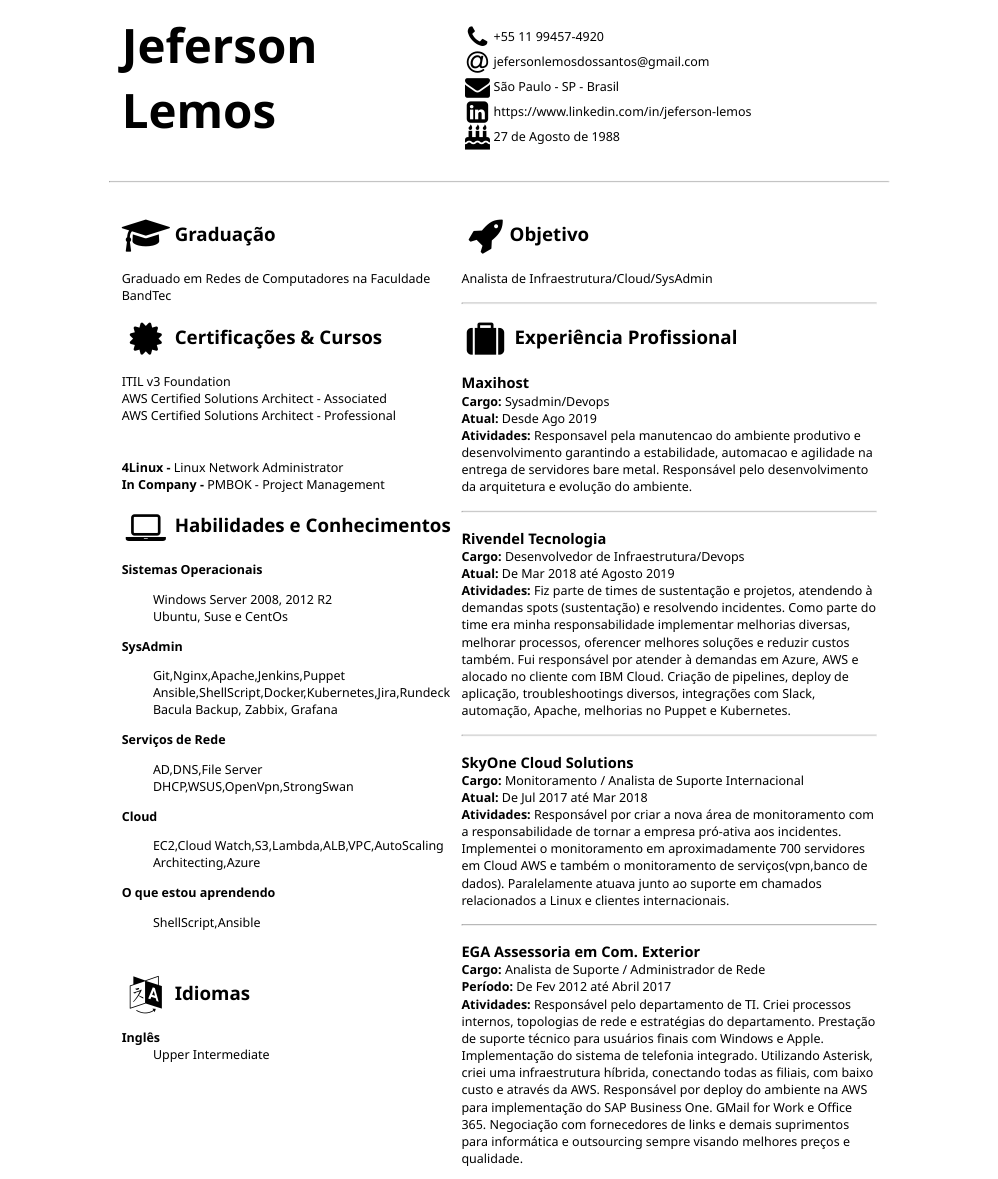
Repository: jefersonlemos/Resume-pt
Page: index.html
An editor plug-in stored every save of this project. The page is shown before and after the next save, followed by the edit.
The browser window is 1280 px wide. The pictures show the whole page, at 78% of full size.

Above is the page before, as saved 2020-06-15 11:18:54.

### index.html
<!DOCTYPE html>

<html lang="en">
<head>
    <meta charset="utf-8" />
    <title>Jeferson Lemos PT</title>
    <link rel="stylesheet" href="./css/normalize.css" type="text/css" />
    <link rel="stylesheet" href="./css/app.css" type="text/css" />
    <link rel="stylesheet" href="./css/font-awesome.min.css" type="text/css" />
</head>
<body>
    <div class="content">
        <header>
            <section>
                <h1>Jeferson <br />Lemos</h1>
            </section>
            <section>
                <ul>
                    <li>
                        <i class="fa fa-fw fa-2x fa-phone"></i>+55 11 99457-4920
                    </li>
                    <li>
                        <i class="fa fa-fw fa-2x fa-at"></i>jefersonlemosdossantos@gmail.com
                    </li>
                    <li>
                        <i class="fa fa-fw fa-2x fa-envelope"></i>São Paulo - SP - Brasil
                    </li>
                    <li>
                        <i class="fa fa-fw fa-2x fa-linkedin-square"></i>https://www.linkedin.com/in/jeferson-lemos
                    </li>
                    <li>
                        <i class="fa fa-fw fa-2x fa-birthday-cake"></i>27 de Agosto de 1988
                    </li>
                </ul>
            </section>
        </header>
        <hr />
        <main>
            <section>
                <article>
                    <h2><i class="fa fa-fw fa-2x fa-graduation-cap"></i> Graduação</h2>
                        Graduado em Redes de Computadores na Faculdade BandTec

                </article>
                <article>
                    <h2><i class="fa fa-fw fa-2x fa-certificate"></i> Certificações & Cursos</h2>

                        ITIL v3 Foundation </br>
                        AWS Certified Solutions Architect - Associated </br>
                        AWS Certified Solutions Architect - Professional</br>
						</br></br>

					<b>4Linux - </b>Linux Network Administrator</br>
					<b>In Company - </b> PMBOK - Project Management </br>

                </article>
				 <article>
                    <h2><i class="fa fa-fw fa-2x fa-laptop"></i> Habilidades e Conhecimentos</h2>
                    <dl>
                        <dt>Sistemas Operacionais</dt>
                        <dd>
                            <ul>
                                <li>Windows Server 2008, 2012 R2</li>
                                <li>Ubuntu, Suse e CentOs</li>
                            </ul>
                        </dd>
                        <dt>SysAdmin</dt>
                        <dd>
                            <ul>
                                <li>Git,Nginx,Apache,Jenkins,Puppet</li>
                                <li>Ansible,ShellScript,Docker,Kubernetes,Jira,Rundeck </li>
                                <li>Bacula Backup, Zabbix, Grafana</li>

                            </ul>
                        </dd>
                        <dt>Serviços de Rede</dt>
                        <dd>
                            <ul>
                                <li>AD,DNS,File Server DHCP,WSUS,OpenVpn,StrongSwan</li>
                            </ul>
                        </dd>
                        <dt>Cloud</dt>
                        <dd>
                            <ul>
                                <li>EC2,Cloud Watch,S3,Lambda,ALB,VPC,AutoScaling</li>
                                <li>Architecting,Azure </li>
                            </ul>
                        </dd>
                        <dt>O que estou aprendendo</dt>
                        <dd>
                            <ul>
                                <li>ShellScript,Ansible</li>
                            </ul>
                        </dd>
                    </dl>
                </article>
                <br />
                <article>
                    <h2><i class="fa fa-fw fa-2x fa-language"></i> Idiomas</h2>
                    <dl>
                        <dt>Inglês</dt>
                        <dd>Upper Intermediate</dd>
                    </dl>
                </article>
            </section>
            <section>
                <article>
					<h2><i class="fa fa-fw fa-2x fa-rocket"></i>Objetivo </h2>
                    Analista de Infraestrutura/Cloud/SysAdmin
                    <hr />
                    <h2><i class="fa fa-fw fa-2x fa-suitcase"></i> Experiência Profissional</h2>
                    <h3>Maxihost</h3>
                    <strong>Cargo:</strong> Sysadmin/Devops <br />
                    <strong>Atual:</strong> Desde Ago 2019<br />
                    <strong>Atividades:</strong> Responsavel pela manutencao do ambiente produtivo e desenvolvimento garantindo a estabilidade, automacao e agilidade na entrega de servidores bare metal. Responsável pelo desenvolvimento da arquitetura e evolução do ambiente.
                    <hr />
                    <h3>Rivendel Tecnologia</h3>
                    <strong>Cargo:</strong> Desenvolvedor de Infraestrutura/Devops <br />
                    <strong>Atual:</strong> De Mar 2018 até Agosto 2019<br />
                    <strong>Atividades:</strong> Fiz parte de times de sustentação e projetos, atendendo à demandas spots (sustentação) e resolvendo incidentes. Como parte do time era minha responsabilidade implementar melhorias diversas, melhorar processos, oferencer melhores soluções e reduzir custos também.
                    Fui responsável por atender à demandas em Azure, AWS e alocado no cliente com IBM Cloud. Criação de pipelines, deploy de aplicação, troubleshootings diversos, integrações com Slack, automação, Apache, melhorias no Puppet e Kubernetes.
                    <hr />
		            <h3>SkyOne Cloud Solutions</h3>
                    <strong>Cargo:</strong> Monitoramento / Analista de Suporte Internacional <br />
                    <strong>Atual:</strong> De Jul 2017 até Mar 2018<br />
                    <strong>Atividades:</strong> Responsável por criar a nova área de monitoramento com a responsabilidade de tornar a empresa pró-ativa aos incidentes. Implementei o monitoramento em aproximadamente 700 servidores em Cloud AWS e também o monitoramento de serviços(vpn,banco de dados).
			        Paralelamente atuava junto ao suporte em chamados relacionados a Linux e clientes internacionais.
                    <hr />
                    <h3>EGA Assessoria em Com. Exterior</h3>
                    <strong>Cargo:</strong> Analista de Suporte / Administrador de Rede  <br />
                    <strong>Período:</strong> De Fev 2012 até Abril 2017<br />
                    <strong>Atividades:</strong> Responsável pelo departamento de TI. Criei processos internos, topologias de rede e estratégias do departamento. Prestação de suporte técnico para usuários finais com Windows e Apple. Implementação do sistema de telefonia integrado. Utilizando Asterisk, criei uma infraestrutura híbrida, conectando todas as filiais, com baixo custo e através da AWS. Responsável por deploy do ambiente na AWS para implementação do SAP Business One. GMail for Work e Office 365. Negociação com fornecedores de links e demais suprimentos para informática e outsourcing sempre visando melhores preços e qualidade.
                    <!-- <hr />
                    <h3>Kosmos Tecnologia</h3>
                    <strong>Cargo:</strong> Empreendedor<br />
                    <strong>Período:</strong> De Nov 2009 até Fev 2012<br />
                    <strong>Atividades:</strong> Eu fui um empreendedor e fui responsável por prover suporte técnico (hardware e software) para os clientes. Fui também responsável por procurar novos clientes.
                    Prestei consultoria para pequenas empresas montando novos escritórios, criando websites, politicas de rede, backups e melhorias na rede.
                    Migrei um grande site chamado famosidades.com.br de um pequeno hosting para um hosting maior e mais seguro, migrei de Windows para Linux.
                    <hr /> -->
                   <!-- <h3>Stefanini IT Solutions</h3>
                    <strong>Cargo:</strong> Analista de Suporte I & II<br />
                    <strong>Periodo:</strong> De Nov 2008 até Nov 2009<br />
                    <strong>Atividades :</strong> Meu primeiro emprego, eu prestei suporte técnico em início de carreira. Participei de um projeto de migração de 1000 hosts de um domínio Windows 2003
para um novo domínio WIndows 2008.
                    <hr />-->

                </article>
            </section>
        </main>
        <footer>

        </footer>
    </div>
</body>
</html>

### css/app.css
body {
    font-family: 'Segoe UI', sans-serif;
}

.content {
    width: 1000px;
    margin: 0 auto;
}

header,
main {
    display: flex;
    padding: 1rem;
}

    header section,
    main section {
        -ms-flex: 1;
        flex: 1;
    }
    header section:first-child,
    main section:first-child {
        max-width: 45%;
    }

header h1 {
    font-size: 3.8rem;
    margin: 0;
}
main h3 {
    margin: 0;
}
main hr {
    margin: 20px 0;
}
header .fa,
main .fa {
    vertical-align: middle;
}
ul {
    list-style: none;
    padding: 0;
}

dt {
    font-weight: bold;
}

Loaded but not shown: css/normalize.css (library); css/font-awesome.min.css (library)

After the next save:
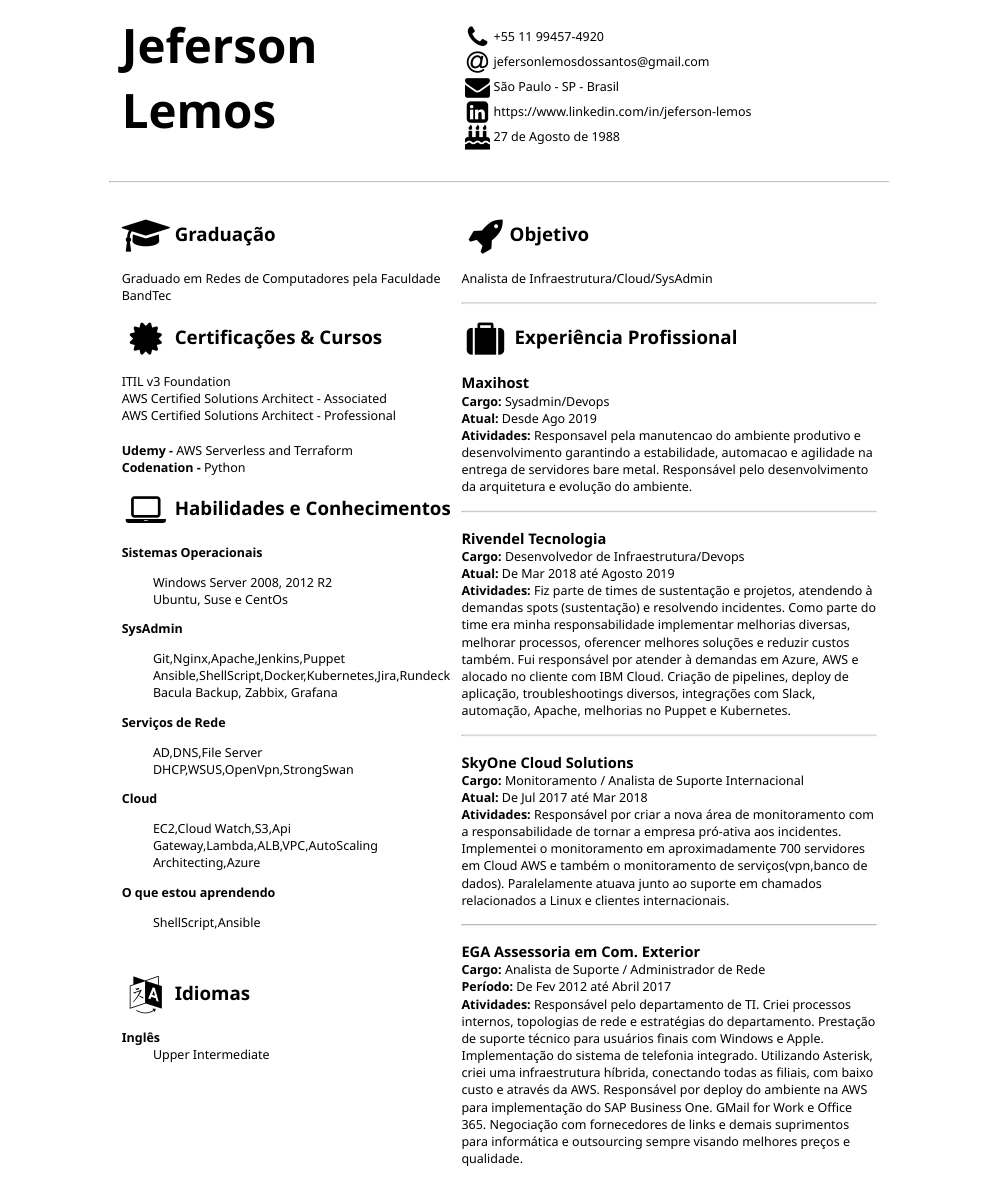
Saved 4 min 35 s later.
--- a/index.html
+++ b/index.html
@@ -39,7 +39,7 @@
             <section>
                 <article>
                     <h2><i class="fa fa-fw fa-2x fa-graduation-cap"></i> Graduação</h2>
-                        Graduado em Redes de Computadores na Faculdade BandTec
+                        Graduado em Redes de Computadores pela Faculdade BandTec
 
                 </article>
                 <article>
@@ -48,10 +48,10 @@
                         ITIL v3 Foundation </br>
                         AWS Certified Solutions Architect - Associated </br>
                         AWS Certified Solutions Architect - Professional</br>
-						</br></br>
+						</br>
 
-					<b>4Linux - </b>Linux Network Administrator</br>
-					<b>In Company - </b> PMBOK - Project Management </br>
+					<b>Udemy - </b>AWS Serverless and Terraform</br>
+					<b>Codenation - </b> Python </br>
 
                 </article>
 				 <article>
@@ -82,7 +82,7 @@
                         <dt>Cloud</dt>
                         <dd>
                             <ul>
-                                <li>EC2,Cloud Watch,S3,Lambda,ALB,VPC,AutoScaling</li>
+                                <li>EC2,Cloud Watch,S3,Api Gateway,Lambda,ALB,VPC,AutoScaling</li>
                                 <li>Architecting,Azure </li>
                             </ul>
                         </dd>
